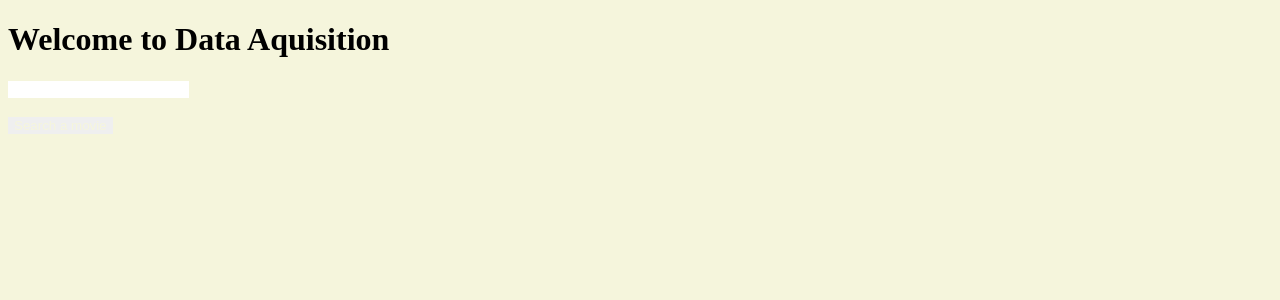
Repository: randy918/good-naked-beginning
Page: index.html
These files come from the project's save history. The page is drawn as it stood at one moment and after a run of saves; the edit follows.
The browser window is 1280 px wide. The pictures show the whole page.
The style sheet was rebuilt from its Sass, Less or Tailwind sources for each picture, by a compiler version that may differ from the author's.

Above is the page before, as saved 2023-01-01 15:07:57.

### index.html
<!DOCTYPE html>
<html lang="en">

    <head>
        <meta charset="UTF-8">
        <meta http-equiv="X-UA-Compatible" content="IE=edge">
        <meta name="viewport" content="width=device-width, initial-scale=1.0">
        <link rel="stylesheet" href="css/main.css" <script
            src="https://ajax.googleapis.com/ajax/libs/jquery/3.6.3/jquery.min.js" defer>

        <title>Movie App Esterling</title>
    </head>

    <body>

        <div class="container">
            <h1>Welcome to Data Aquisition</h1>

            <form>
                <div class="form-group">
                    <input type="text" id="inputValue">
                </div>

            </form>
        </div>
<br>
<button type="submit" id="search">Search a movie</button>

        <script src="js/key.js"></script>
        <script src="js/index.js"></script>

    </body>

</html>

<!-- ca1f26ba6eb2ba4fb641257b39d3bea7 -->

### js/key.js
const APIKEY = "ca1f26ba6eb2ba4fb641257b39d3bea7";

### js/index.js
//!  121822.0830        VARIABLES



//!  121822.0826        FUNCTIONS

const init = function () {
  main();
};


window.onload = function () {
    init();
};



//!  123122.1839        MAIN

const main = function () {

console.log('jhello');


};


//!  123122.1839        END

### css/main.scss
$colors: (bg: rgba(55, 66, 76, 1),
    theGreen: rgba(0, 173, 43, 1),
    theRed: rgba(194, 47, 51, 1),
    theOrange: rgba(255, 103, 0, 1),
    theRodeoPink: #f1a1a4,
    theRodeoBlue: #7f86b0,
    theYellow: rgb(221, 172, 94),
    theGray: rgb(78, 92, 107),
    theBackground: rgba(241, 227, 214, 1),
    theDarkGray: rgba(43, 50, 56, 1),
    theBrown: rgba(101, 42, 36, 1),
    bitByBitRed: rgba(240, 44, 80, 1),
    bitByBitBlue: rgba(0, 79, 136, 1),
    bitByBitBlonde: rgba(241, 227, 214, 1),
    bbb2-TranquilSea: rgba(188, 199, 203, 1),
    bbb2-RedMyMind: rgba(143, 57, 56, 1),
    bbb2-SnowyPine: rgba(226, 223, 216, 1),
    bbb2-Basswood: rgba(188, 166, 142, 1),
    bbb2-CompassBlue: rgba(51, 66, 87, 1),
);

@function getColor($color-name) {
    @return map-get($colors, $color-name);
}

* {
    box-sizing: border-box;
    border: none;
}

body {

background: beige;

}

#search {

color: beige;


}

After the next 3 saves:
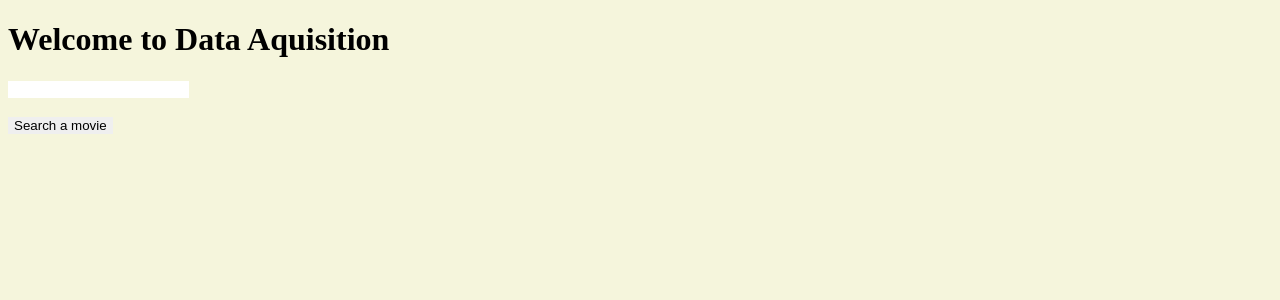
The 3 saves are shown as one change because they came seconds apart.
The last was saved 36 s later.
--- a/css/main.scss
+++ b/css/main.scss
@@ -34,6 +34,8 @@
 
 }
 
+h1
+
 #search {
 
 color: beige;

After the save that followed:
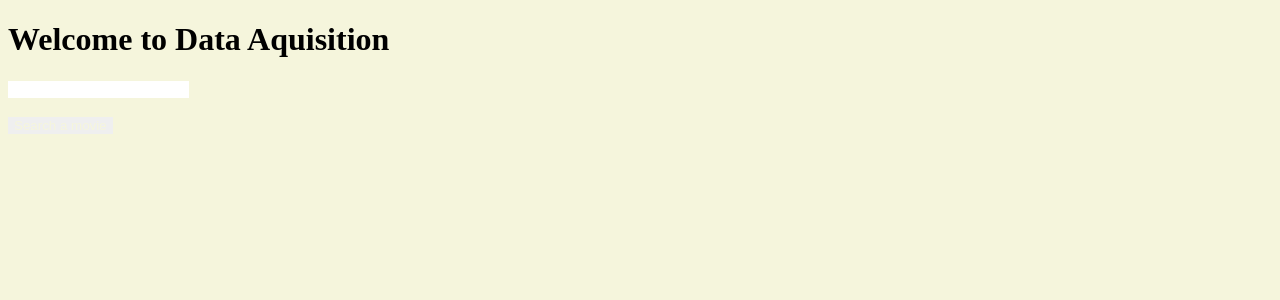
Saved 7 s later.
--- a/css/main.scss
+++ b/css/main.scss
@@ -34,7 +34,11 @@
 
 }
 
-h1
+h1 {
+
+
+
+}
 
 #search {
 
